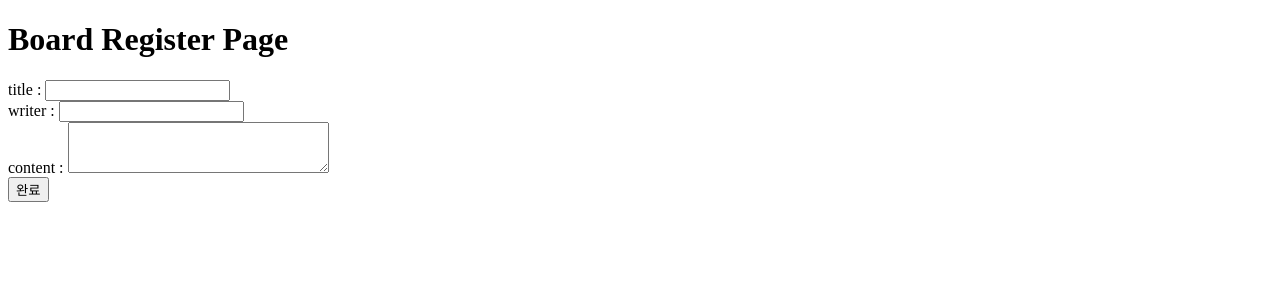
Repository: Dog-voice/king
Page: http://localhost/jsp.KING/board/register.jsp
These files come from the project's save history. The page is drawn as it stood at one moment and after the next save; the edit follows.
The browser window is 1280 px wide. The pictures show the whole page.
The page is served by Tomcat 9. Other server files are loaded and not shown.

Above is the page before, as saved 2022-08-25 08:45:43.

### 22-08-29 로그인&게시판(실패)/jsp.KING/src/main/webapp/board/register.jsp
<%@ page language="java" contentType="text/html; charset=UTF-8"

    pageEncoding="UTF-8"%>

<!DOCTYPE html>

<html>

<head>

<meta charset="UTF-8">

<title>Insert title here</title>

</head>

<body>

	<h1>Board Register Page</h1>

	<form action="/brd/insert" method="post">

		title : <input type="text" name="title"><br>

		writer : <input type="text" name="writer"><br>

		content : <textarea rows="3" cols="30" name="content"></textarea><br>

		<button type="submit">완료</button>

	</form>

</body>

</html>

After the next save:
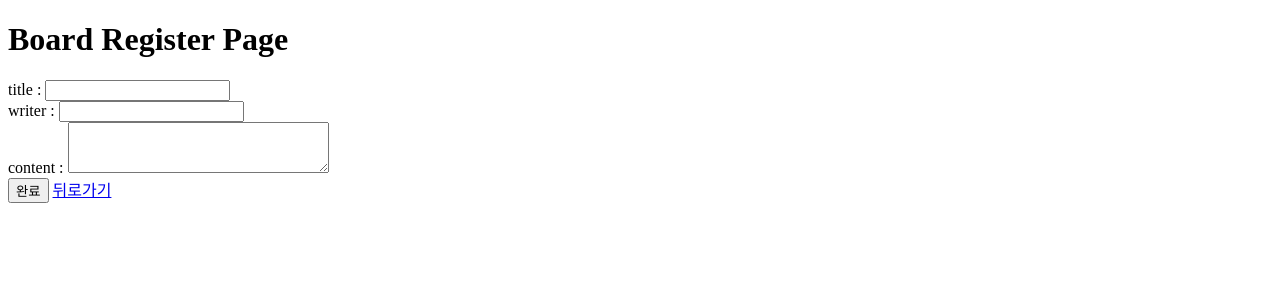
Saved 48 s later.
--- a/22-08-29 로그인&게시판(실패)/jsp.KING/src/main/webapp/board/register.jsp
+++ b/22-08-29 로그인&게시판(실패)/jsp.KING/src/main/webapp/board/register.jsp
@@ -27,7 +27,7 @@
 		content : <textarea rows="3" cols="30" name="content"></textarea><br>
 
 		<button type="submit">완료</button>
-
+        <a href="/"> 뒤로가기 </a>
 	</form>
 
 </body>
